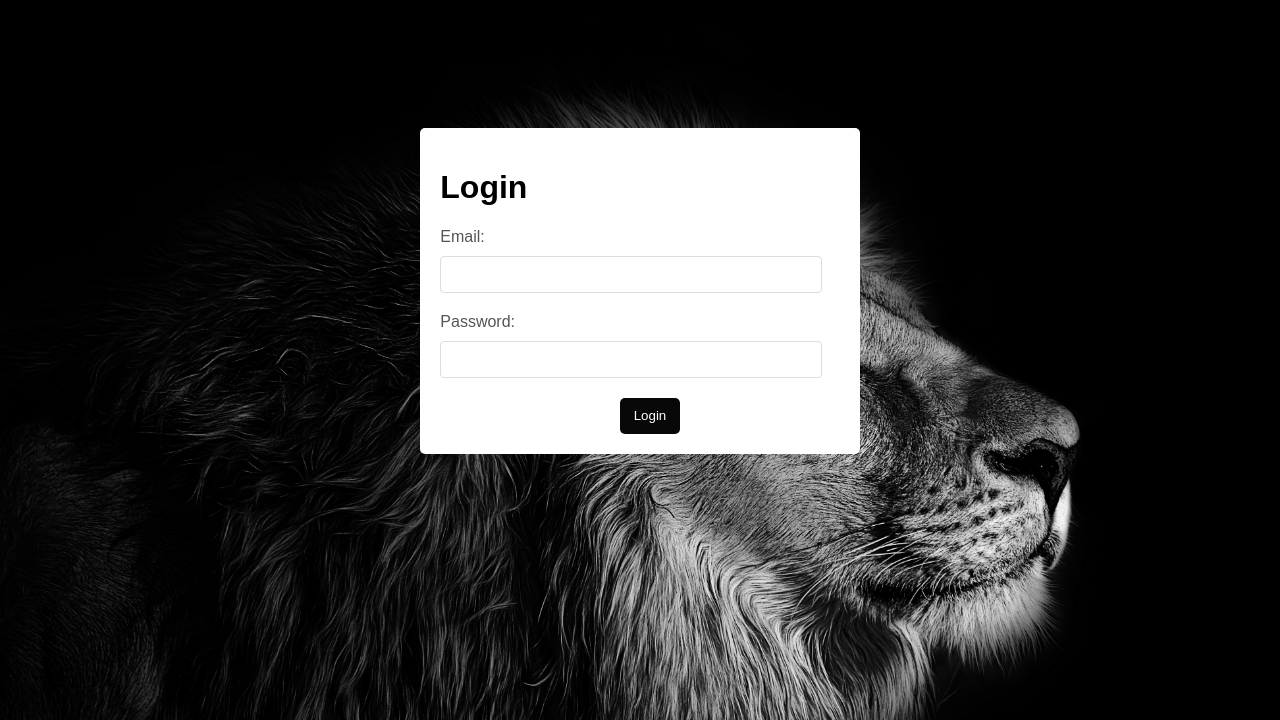
Repository: TemoshoS/User-Profile
Page: http://localhost/login
The author's editor kept a copy of each file at every save. The page is drawn from the files as they stood at one save, then again after a run of saves.
The browser window is 1280 px wide. The pictures show the whole page.
The page is served by the project's Node server (app.js).

Above is the page before, as saved 2023-08-02 09:06:35.

After the next 2 saves:
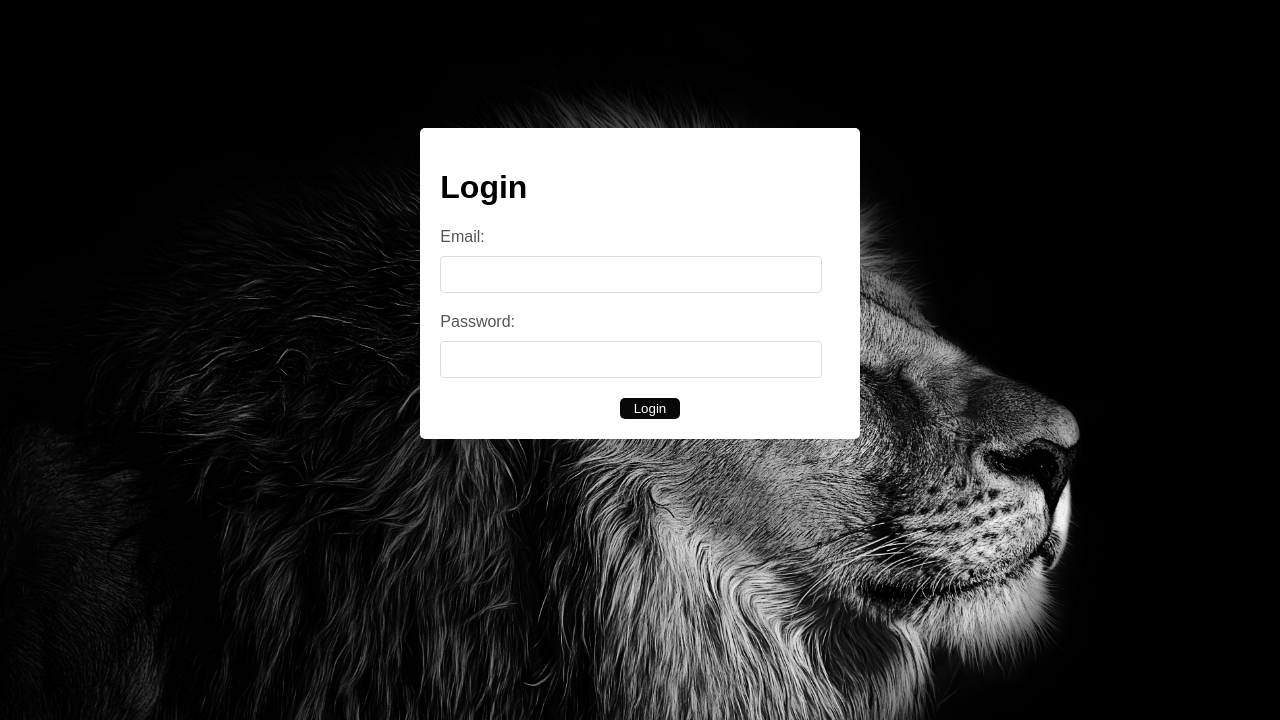
The 2 saves are shown as one change because they came seconds apart.
The last was saved 8 s later.
--- a/public/style.css
+++ b/public/style.css
@@ -41,7 +41,7 @@ button {
   color: #fff;
   border: none;
   width: 15%;
-  height: 5vh;
+  height: 3vh;
   border-radius: 5px;
   cursor: pointer;
   margin-left: 45%;
